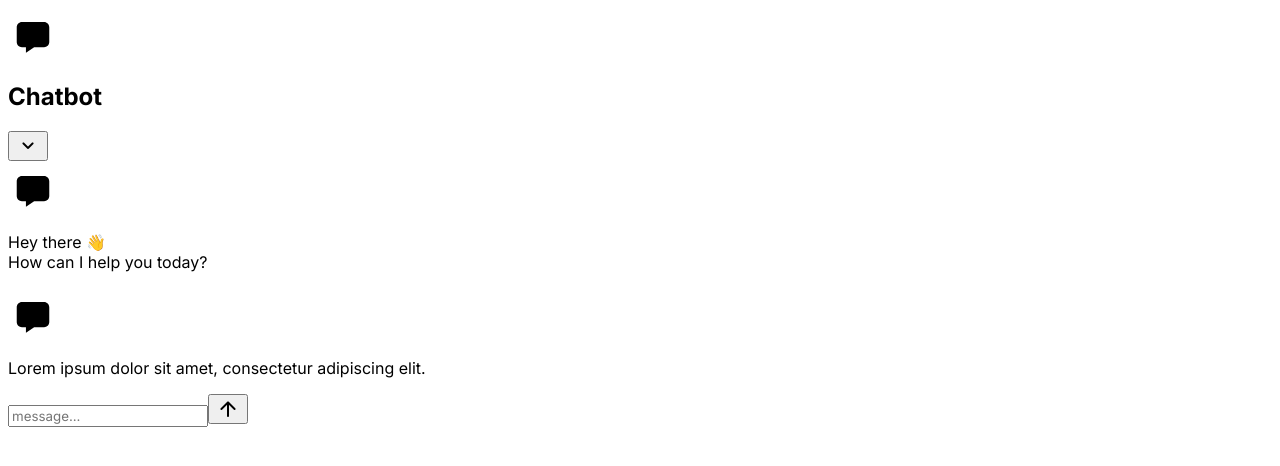
Repository: gogg23/chatbot
Page: / (app in chatbot/)
An editor plug-in stored every save of this project. The page is shown before and after the next save, followed by the edit.
The browser window is 1280 px wide. The pictures show the whole page.
The project was rebuilt for these pictures with package versions that can differ from the ones it lists, and the page was loaded fresh each time. Also part of the build but not shown: chatbot/vite.config.js.

Above is the page before, as saved 2025-01-11 10:48:15.

### chatbot/index.html
<!DOCTYPE html>
<html lang="en">
  <head>
    <meta charset="UTF-8" />
    <link rel="icon" type="image/svg+xml" href="/vite.svg" />
    <meta name="viewport" content="width=device-width, initial-scale=1.0" />
    <title>Chatbot in ReactJS</title>
    <!--Linking google Fonts for Icons-->
    <link
      href="https://fonts.googleapis.com/css2?family=Material+Symbols+Rounded"
      rel="stylesheet"
    />
  </head>
  <body>
    <div id="root"></div>
    <script type="module" src="/src/main.jsx"></script>
  </body>
</html>

### chatbot/src/index.css
/*Importing Google Fonts - Inter*/
@import url('https://fonts.googleapis.com/css2?family=Inter:ital,opsz,wght@0,14..32,100..900;1,14..32,100..900&display=swap');

* {
  font-family: 'Inter', sans-serif;
}

### chatbot/src/App.jsx
import ChatbotIcon from './components/ChatbotIcon';

const App = () => {
  return (
    <div className='container'>
      <div className='chatbot-popup'>
        {/*Chatbot Header*/}
        <div className='chat-header'>
          <div className='header-info'>
            <ChatbotIcon />
            <h2 className='logo-text'>Chatbot</h2>
          </div>
          <button className='material-symbols-rounded'>
            keyboard_arrow_down
          </button>
        </div>
        {/*Chatbot Body*/}
        <div className='chat-body'>
          <div className='message bot-message'>
            <ChatbotIcon />
            <p className='message-text'>
              Hey there 👋
              <br />
              How can I help you today?
            </p>
          </div>
          <div className='message user-message'>
            <ChatbotIcon />
            <p className='message-text'>
              Lorem ipsum dolor sit amet, consectetur adipiscing elit.
            </p>
          </div>
        </div>
        {/*Chatbot Footer*/}
        <div className='chat-footer'>
          <form action='#' className='chat-form'></form>
          <input
            type='text'
            placeholder='message...'
            className='message-input'
            required
          />
          <button className='material-symbols-rounded'>arrow_upward</button>
        </div>
      </div>
    </div>
  );
};

export default App;

### chatbot/src/components/ChatbotIcon.jsx
const ChatbotIcon = () => {
  return (
    <svg
      xmlns='http://www.w3.org/2000/svg'
      width='50'
      height='50'
      viewBox='0 0 1024 1024'
    >
      <path
        d='M738.3 287.6H285.7c-59 0-106.8
      47.8-106.8 106.8v303.1c0 59 47.8 106.8 106.8 106.8h81.5v111.1c0
      .7.8 1.1 1.4.7l166.9-110.6 41.8-.8h117.4l43.6-.4c59
      0 106.8-47.8 106.8-106.8V394.5c0-59-47.8-106.9-106.8-106.9zM351
      .7 448.2c0-29.5 23.9-53.5 53.5-53.5s53.5 23.9 53.5 53.5-23.9
      53.5-53.5 53.5-53.5-23.9-53.5-53.5zm157.9 267.1c-67.8 0-123.8-47
      .5-132.3-109h264.6c-8.6 61.5-64.5 109-132.3 109zm110-213.7c-29.5
      0-53.5-23.9-53.5-53.5s23.9-53.5 53.5-53.5 53.5 23.9 53.5 53.5-23.9
      53.5-53.5 53.5zM867.2 644.5V453.1h26.5c19.4 0 35.1 15.7 35.1 35.1v121.1c0
      19.4-15.7 35.1-35.1 35.1h-26.5zM95.2 609.4V488.2c0-19.4 15.7-35.1
      35.1-35.1h26.5v191.3h-26.5c-19.4 0-35.1-15.7-35.1-35.1zM561.5 149.6c0 23.4-15.6
      43.3-36.9 49.7v44.9h-30v-44.9c-21.4-6.5-36.9-26.3-36.9-49.7 0-28.6 23.3-51.9 51.9-51.9s51.9
      23.3 51.9 51.9z'
      />
    </svg>
  );
};

export default ChatbotIcon;

Loaded but not shown: chatbot/src/main.jsx (common file)

After the next save:
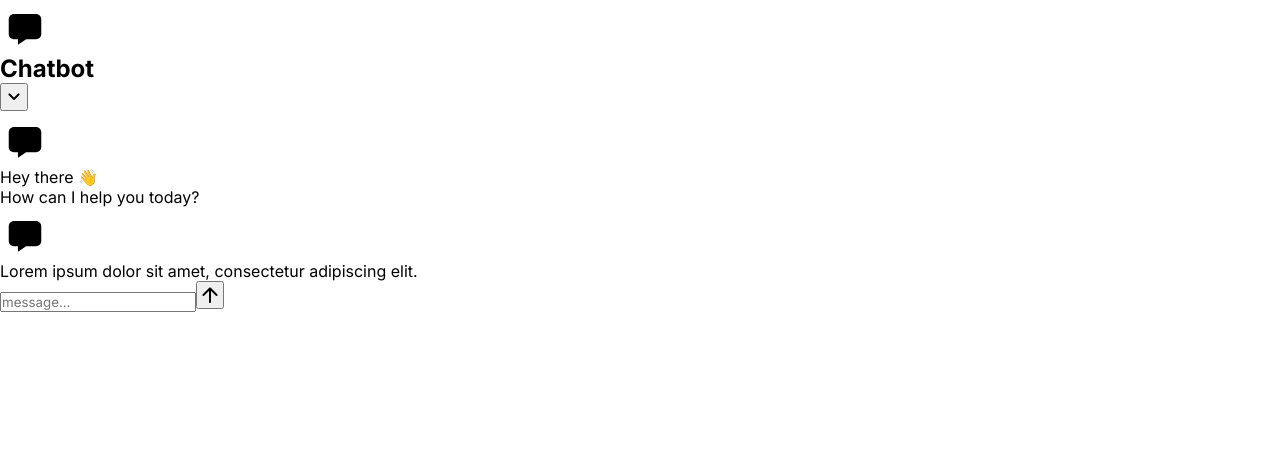
Saved 6 min 59 s later.
--- a/chatbot/src/index.css
+++ b/chatbot/src/index.css
@@ -2,5 +2,8 @@
 @import url('https://fonts.googleapis.com/css2?family=Inter:ital,opsz,wght@0,14..32,100..900;1,14..32,100..900&display=swap');
 
 * {
+  margin: 0;
+  padding: 0;
+  box-sizing: border-box;
   font-family: 'Inter', sans-serif;
 }
